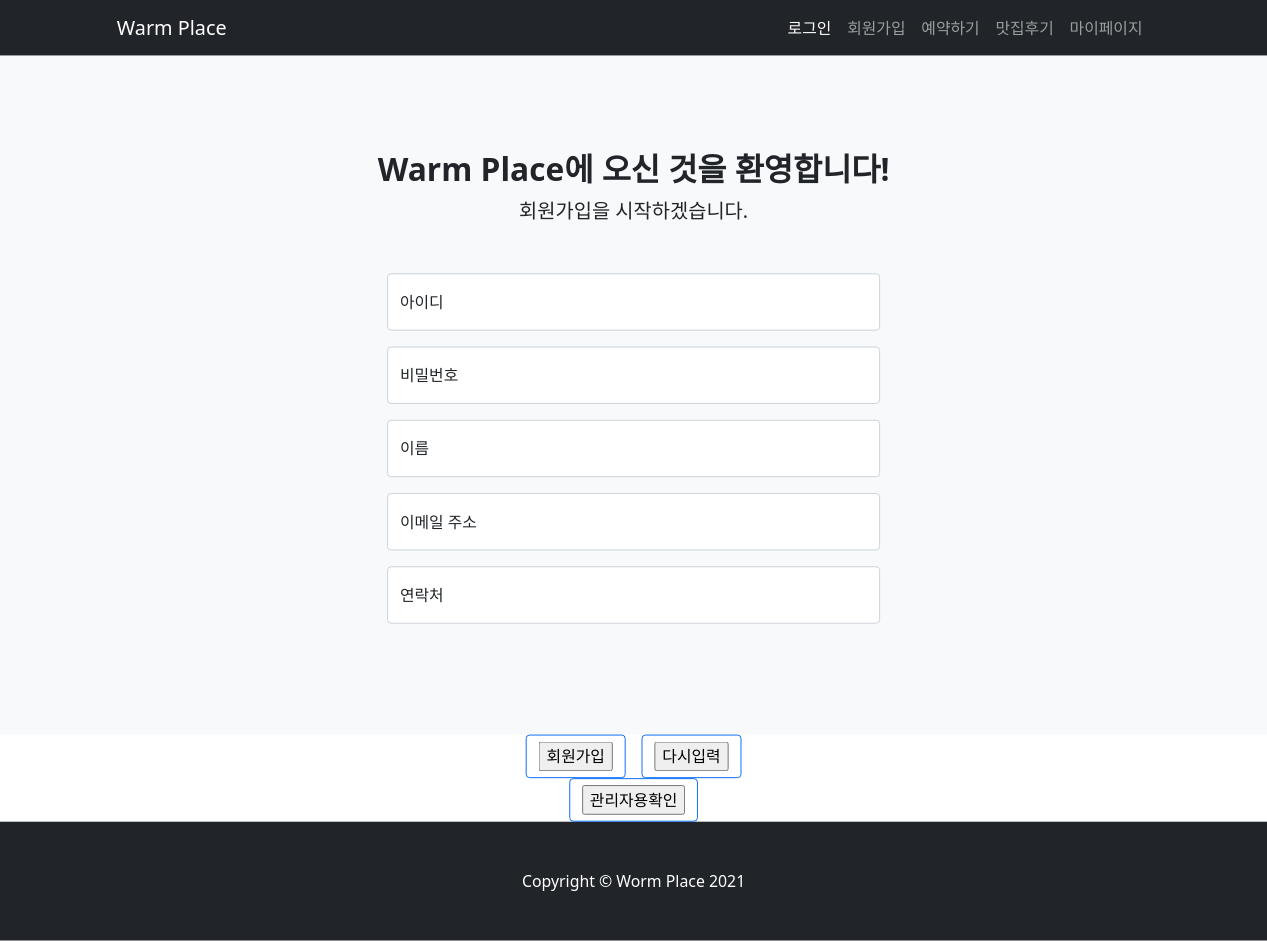
Repository: jaunnnngs/HackaTone
Page: http://localhost/StunProjects/St_Join/st_userJoin.jsp
The author's editor kept a copy of each file at every save. The page is drawn from the files as they stood at one save, then again after the next save.
The browser window is 1280 px wide. The pictures show the whole page, at 99% of full size.
Some web libraries are served in a nearby version. The page is served by Tomcat 9.

Above is the page before, as saved 2021-08-02 07:41:29.

After the next save:
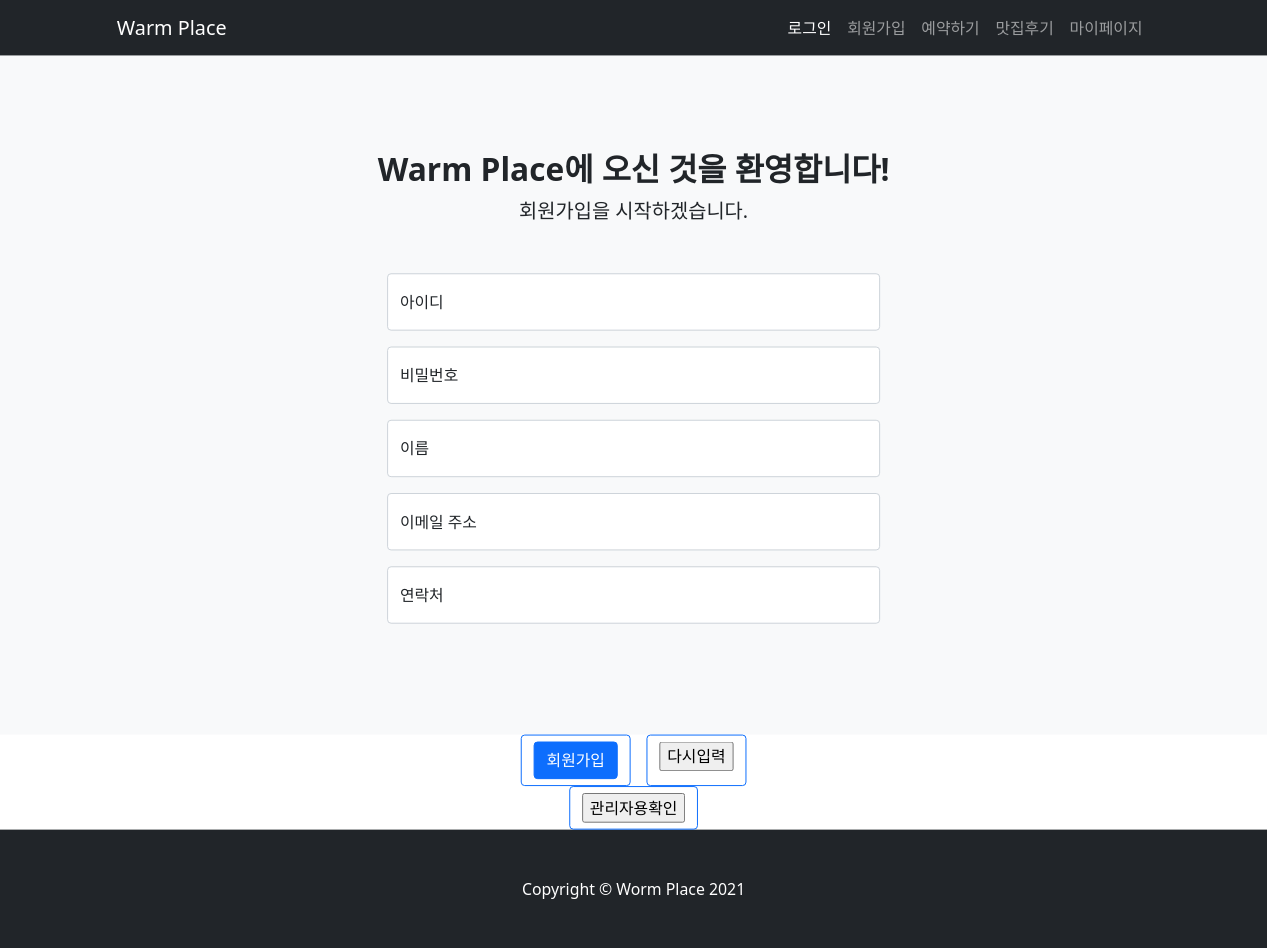
Saved 32 s later.
--- a/STUN_TEAM/StunProjects/src/main/webapp/St_Join/st_userJoin.jsp
+++ b/STUN_TEAM/StunProjects/src/main/webapp/St_Join/st_userJoin.jsp
@@ -134,7 +134,7 @@
                             <div class="d-none" id="submitErrorMessage"><div class="text-center text-danger mb-3">Error sending message!</div></div>
                             <!--마지막 버튼!  -->
                             <div class="d-grid gap-3 d-sm-flex justify-content-sm-center">
-							<a class="btn btn-outline-primary"><input type="submit" value="회원가입"></a>
+							<a class="btn btn-outline-primary"><input class="btn btn-primary" type="submit" value="회원가입"></a>
 							<a class="btn btn-outline-primary"><input type="reset" value="다시입력"></a></div>
 
 		</form>
